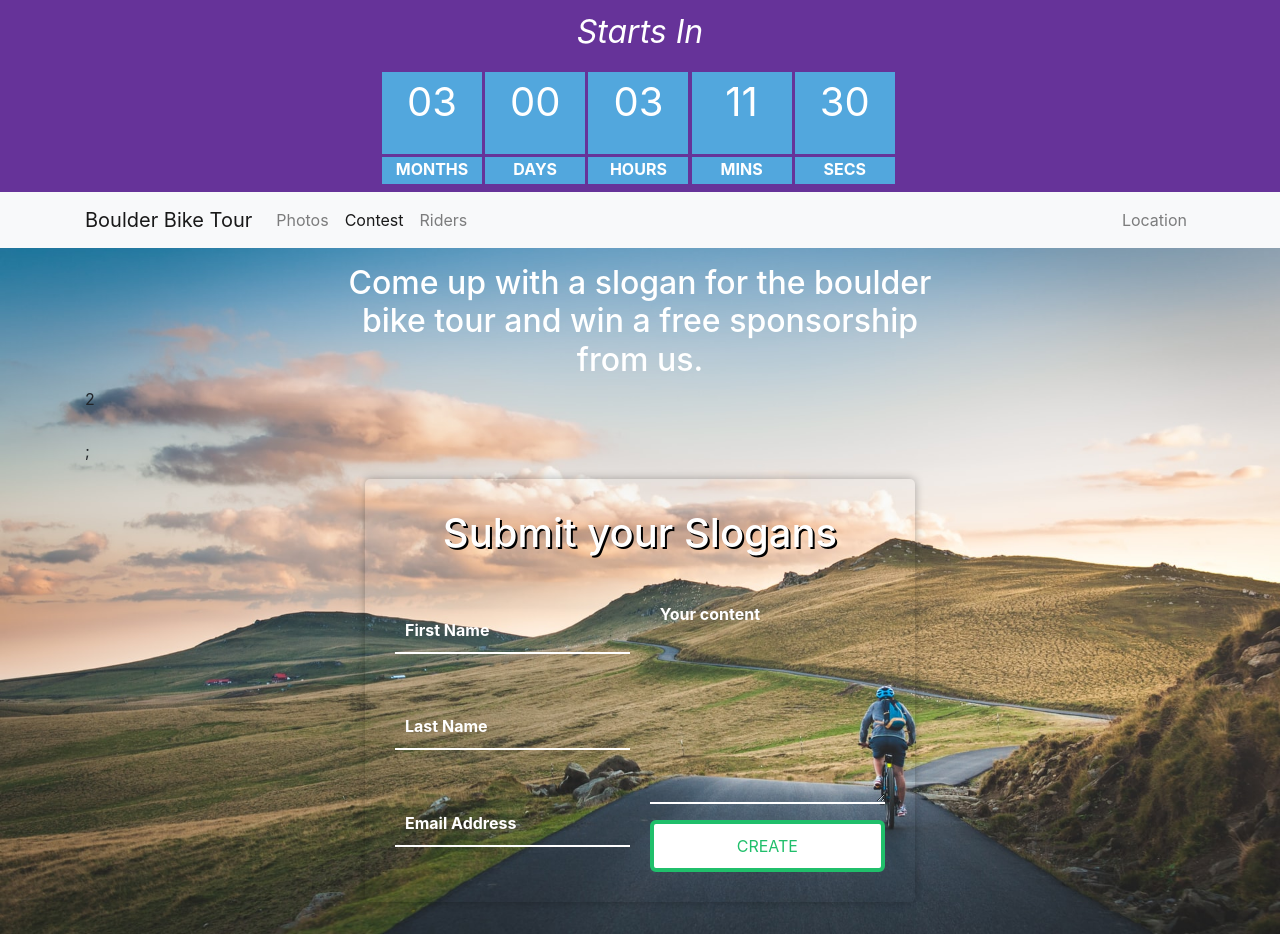
Repository: akinsikuoluwafemi/boulder_bike_tour_frontend
Page: /contest
The author's editor kept a copy of each file at every save. The page is drawn from the files as they stood at one save, then again after the next save.
The browser window is 1280 px wide. The pictures show the whole page.
The page's requests for data from a server got no answer. Some web libraries are served in a nearby version. The project was rebuilt for these pictures with package versions that can differ from the ones it lists, and the page was loaded fresh each time. No one was signed in, and anything a server would have sent is missing. Also part of the build but not shown: src/components/Home/LatestNews.js, src/components/Home/Winners.js, src/components/Accordions/Accordions.js, src/components/Home/FooterContent.js, src/components/Home/Home.js, src/components/Location/mapStyles.js, src/components/Spinner/Spinner.scss, src/components/Spinner/Spinner.js and 5 more.

Above is the page before, as saved 2020-08-23 08:34:15.

After the next save:
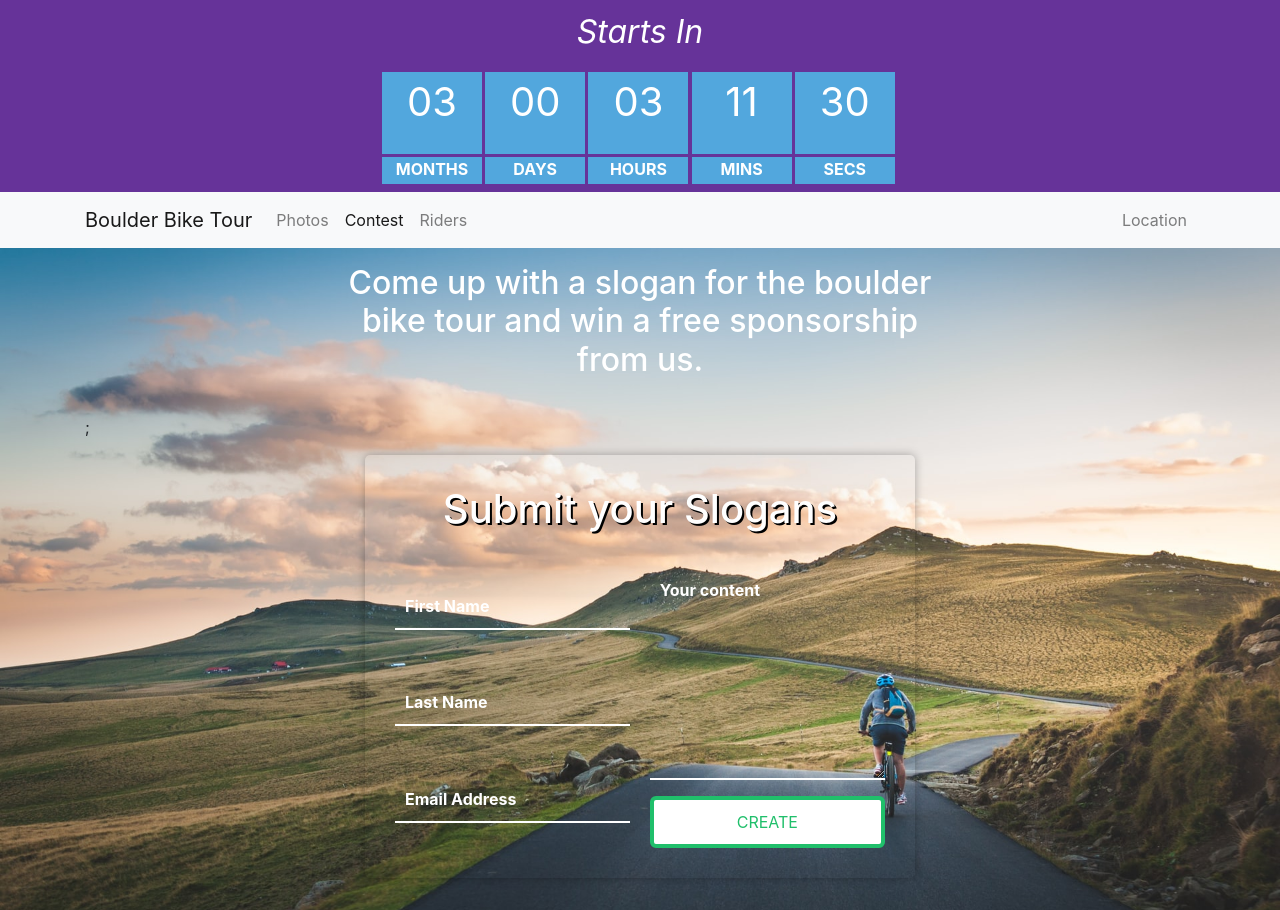
Saved 8 s later.
--- a/src/components/Contest/Contest.js
+++ b/src/components/Contest/Contest.js
@@ -79,7 +79,6 @@ const Contest = () => {
               sponsorship from us.
             </h2>
             <AlertContext.Provider value={{ alert, setAlert }}>
-              {setTimeout(() => {}, 3000)}
               <Alert severity={alert}>{renderAlertText()}</Alert>;
               <div className="px-3 py-3 form-center">
                 <Form />
